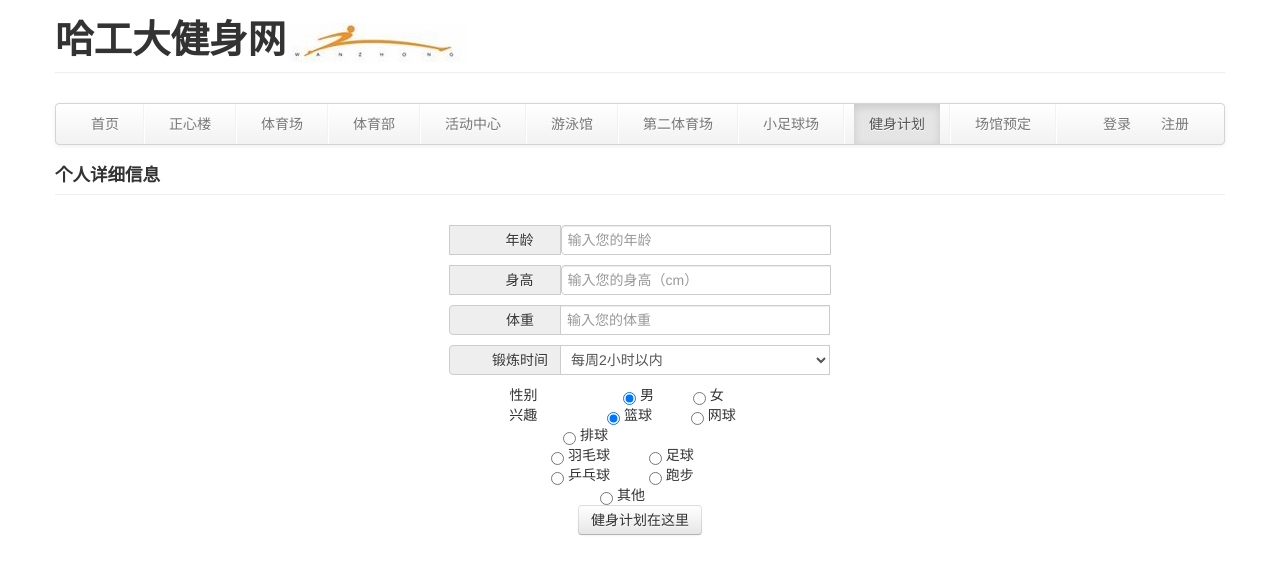
Repository: hitDeveloper/fitness
Page: http://localhost/project/myplan.jsp
These files come from the project's save history. The page is drawn as it stood at one moment and after the next save; the edit follows.
The browser window is 1280 px wide. The pictures show the whole page.
The page is served by Tomcat 9. Nobody is signed in. The application's start-up code is not run. Other server files are loaded and not shown.

Above is the page before, as saved 2014-11-19 06:57:52.

### Project/project/WebRoot/myplan.jsp
<%@ page language="java" import="java.util.*" pageEncoding="UTF-8"%>
<!DOCTYPE html>
<html>
<head>
<title>首页</title>
	<meta name="viewport" content="width=device-width, initial-scale=1.0"  charset="utf-8">
	<link href="bootstrap.min.css" rel="stylesheet" type="text/css" media="screen">
	<link href="bootstrap-responsive.min.css" rel="stylesheet" type="text/css">
</head>
<body>
<div class="container">
<h1 class="page-header" >哈工大健身网<img src="image/logo.jpg"></h1>
<div class="navbar">
<div class="navbar-inner">
<div class="container">
<ul class="nav">
	<li><a href="main.jsp">首页</a></li>
	<li class="divider-vertical"></li>
	<li><a href="zhengxin.jsp">正心楼</a></li>
	<li class="divider-vertical"></li>
	<li><a href="gym.jsp">体育场</a></li>
	<li class="divider-vertical"></li>
	<li><a href="tiyubu.jsp">体育部</a></li>
	<li class="divider-vertical"></li>
	<li><a href="center.jsp">活动中心</a></li>
	<li class="divider-vertical"></li>
	<li><a href="swimming.jsp">游泳馆</a></li>
	<li class="divider-vertical"></li>
	<li><a href="gym2.jsp">第二体育场</a></li>
	<li class="divider-vertical"></li>
	<li><a href="xiaozuqiuchang.jsp">小足球场</a></li>
	<li class="divider-vertical"></li>
	<li class="active"><a href="myplan.jsp">健身计划</a></li>
	<li class="divider-vertical"></li>
	<li><a href="book.jsp">场馆预定</a></li>
	<li class="divider-vertical"></li>
</ul>
<ul class="nav pull-right">
	<li><a href="login.jsp">登录</a></li>
	<li><a href="register.jsp">注册</a></li>
</ul>
</div>
</div>
</div>
<form action=planAction method="post">
<h4 class="page-header">个人详细信息</h4>
<div align="center">
<div class="input-append">
<span class="add-on"><div class="span1" align="center">年龄</div></span>
<input type="text" placeholder="输入您的年龄" class="span3" name="age" />
</div></div>
<div align="center">
<div class="input-append">
<span class="add-on"><div class="span1" align="center">身高</div></span>
<input type="text" placeholder="输入您的身高（cm）" class="span3" name="height" />
</div></div>
<div align="center">
<div class="input-prepend input-append">
<span class="add-on"><div class="span1" align="center">体重</div></span>
<input type="text" placeholder="输入您的体重" class="span3" name="weight" />
</div></div>
<div align="center">
<div class="input-prepend input-append">
<span class="add-on"><div class="span1" align="center">锻炼时间</div></span>
<select class="span3" name="payTime">
<option value="每周2小时以内">每周2小时以内</option>
<option value="每周2-5小时之间">每周2-5小时之间</option>
<option value="每周5小时以上">每周5小时以上</option>
</select>
</div></div>
<div align="center">
	 性别&nbsp;&nbsp;&nbsp;&nbsp;&nbsp;&nbsp;&nbsp;&nbsp;&nbsp;&nbsp;&nbsp;&nbsp;&nbsp;&nbsp;&nbsp;&nbsp;&nbsp;&nbsp;&nbsp;&nbsp;&nbsp;
     <input type="radio" name="gender" value="男" checked> 男&nbsp;&nbsp;&nbsp;&nbsp;&nbsp;&nbsp;&nbsp;&nbsp;&nbsp;
     <input type="radio" name="gender" value="女"> 女&nbsp;&nbsp;&nbsp;&nbsp;&nbsp;&nbsp;&nbsp;&nbsp;&nbsp;&nbsp;&nbsp;&nbsp;
</div>
<div align="center">
	 兴趣&nbsp;&nbsp;&nbsp;&nbsp;&nbsp;&nbsp;&nbsp;&nbsp;&nbsp;&nbsp;&nbsp;&nbsp;&nbsp;&nbsp;&nbsp;&nbsp;&nbsp;
     <input type="radio" name="hobby" value="篮球" checked> 篮球&nbsp;&nbsp;&nbsp;&nbsp;&nbsp;&nbsp;&nbsp;&nbsp;&nbsp;
     <input type="radio" name="hobby" value="网球">         网球&nbsp;&nbsp;&nbsp;&nbsp;&nbsp;&nbsp;&nbsp;&nbsp;&nbsp;<br>
     <input type="radio" name="hobby" value="排球">         排球&nbsp;&nbsp;&nbsp;&nbsp;&nbsp;&nbsp;&nbsp;&nbsp;&nbsp;
     &nbsp;&nbsp;&nbsp;&nbsp;&nbsp;&nbsp;&nbsp;&nbsp;&nbsp;&nbsp;&nbsp;&nbsp;&nbsp;&nbsp;&nbsp;&nbsp;&nbsp;&nbsp;<br>
     <input type="radio" name="hobby" value="羽毛球">         羽毛球&nbsp;&nbsp;&nbsp;&nbsp;&nbsp;&nbsp;&nbsp;&nbsp;&nbsp;
     <input type="radio" name="hobby" value="足球">         足球&nbsp;&nbsp;&nbsp;&nbsp;&nbsp;&nbsp;&nbsp;&nbsp;&nbsp;<br>
     <input type="radio" name="hobby" value="乒乓球">         乒乓球&nbsp;&nbsp;&nbsp;&nbsp;&nbsp;&nbsp;&nbsp;&nbsp;&nbsp;
     <input type="radio" name="hobby" value="跑步">         跑步&nbsp;&nbsp;&nbsp;&nbsp;&nbsp;&nbsp;&nbsp;&nbsp;&nbsp;<br>
     <input type="radio" name="hobby" value="足球">         其他&nbsp;&nbsp;&nbsp;&nbsp;&nbsp;&nbsp;&nbsp;&nbsp;&nbsp;
</div>
<div align="center">
	<input class="btn" type="submit" value="健身计划在这里"/>
</div>
</form>
</div>
		<script src="jquery-1.11.1.min.js"></script>
		<script src="bootstrap.min.js"></script>
</body>
</html>

Loaded but not shown: Project/project/WebRoot/bootstrap.min.css (library); Project/project/WebRoot/bootstrap-responsive.min.css (library); Project/project/WebRoot/jquery-1.11.1.min.js (library); Project/project/WebRoot/bootstrap.min.js (library)

After the next save:
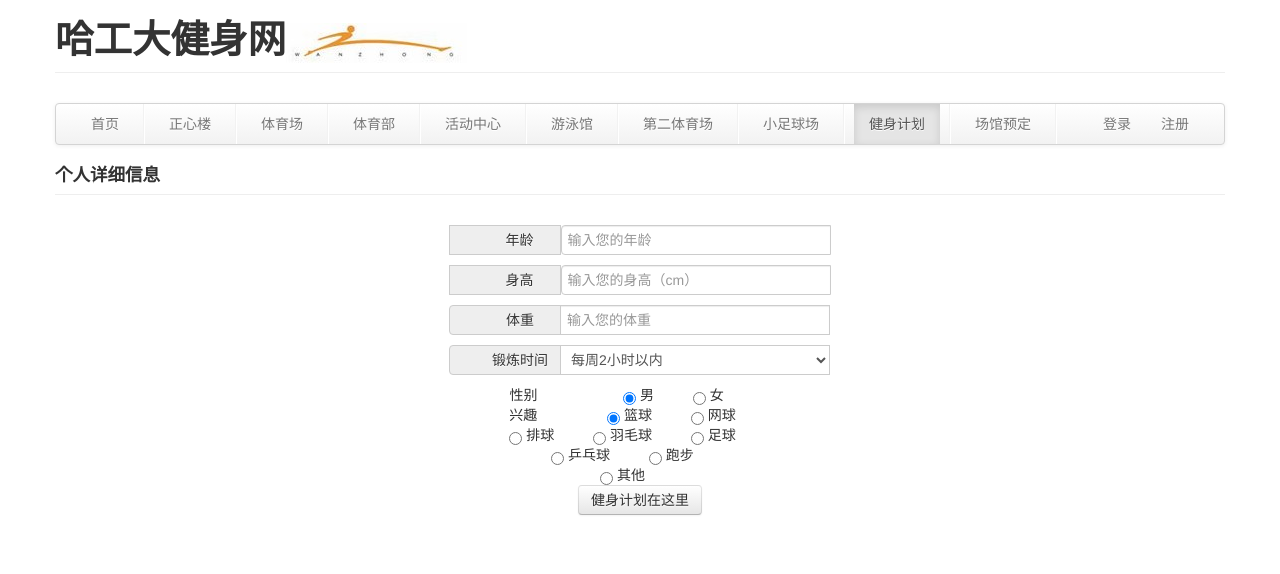
Saved 46 s later.
--- a/Project/project/WebRoot/myplan.jsp
+++ b/Project/project/WebRoot/myplan.jsp
@@ -78,7 +78,6 @@
      <input type="radio" name="hobby" value="篮球" checked> 篮球&nbsp;&nbsp;&nbsp;&nbsp;&nbsp;&nbsp;&nbsp;&nbsp;&nbsp;
      <input type="radio" name="hobby" value="网球">         网球&nbsp;&nbsp;&nbsp;&nbsp;&nbsp;&nbsp;&nbsp;&nbsp;&nbsp;<br>
      <input type="radio" name="hobby" value="排球">         排球&nbsp;&nbsp;&nbsp;&nbsp;&nbsp;&nbsp;&nbsp;&nbsp;&nbsp;
-     &nbsp;&nbsp;&nbsp;&nbsp;&nbsp;&nbsp;&nbsp;&nbsp;&nbsp;&nbsp;&nbsp;&nbsp;&nbsp;&nbsp;&nbsp;&nbsp;&nbsp;&nbsp;<br>
      <input type="radio" name="hobby" value="羽毛球">         羽毛球&nbsp;&nbsp;&nbsp;&nbsp;&nbsp;&nbsp;&nbsp;&nbsp;&nbsp;
      <input type="radio" name="hobby" value="足球">         足球&nbsp;&nbsp;&nbsp;&nbsp;&nbsp;&nbsp;&nbsp;&nbsp;&nbsp;<br>
      <input type="radio" name="hobby" value="乒乓球">         乒乓球&nbsp;&nbsp;&nbsp;&nbsp;&nbsp;&nbsp;&nbsp;&nbsp;&nbsp;
